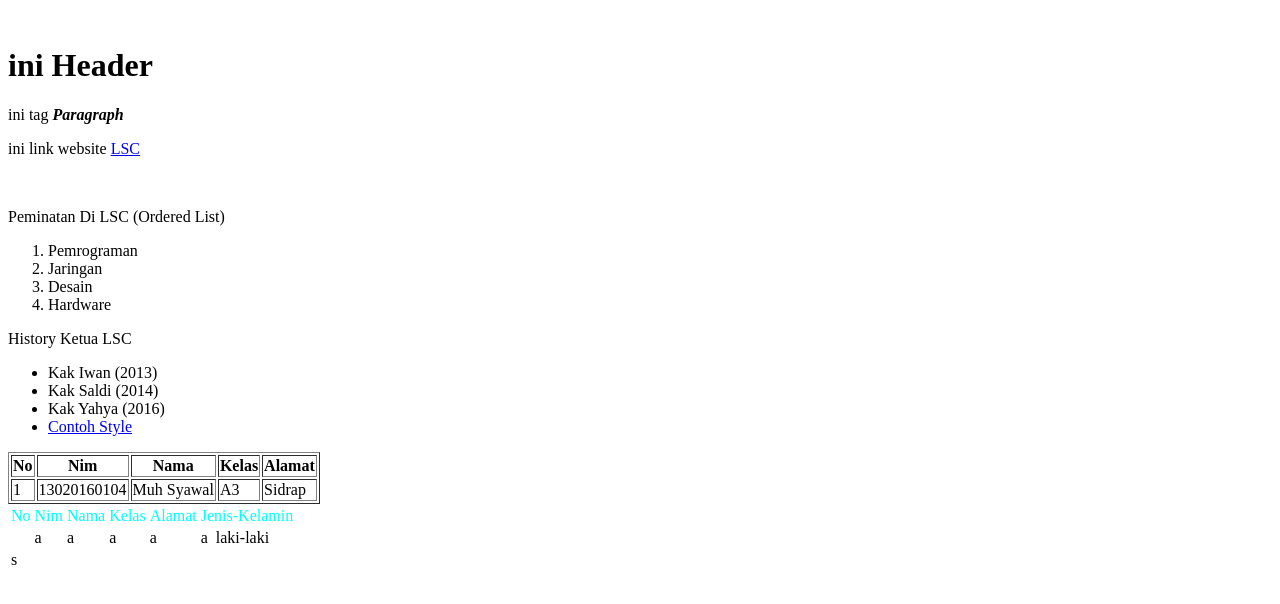
Repository: syawal2kalii/HelloWorld
Page: basichtml.htm
These files come from the project's save history. The page is drawn as it stood at one moment and after the next save; the edit follows.
The browser window is 1280 px wide. The pictures show the whole page.

Above is the page before, as saved 2019-11-17 01:51:36.

After the next save:
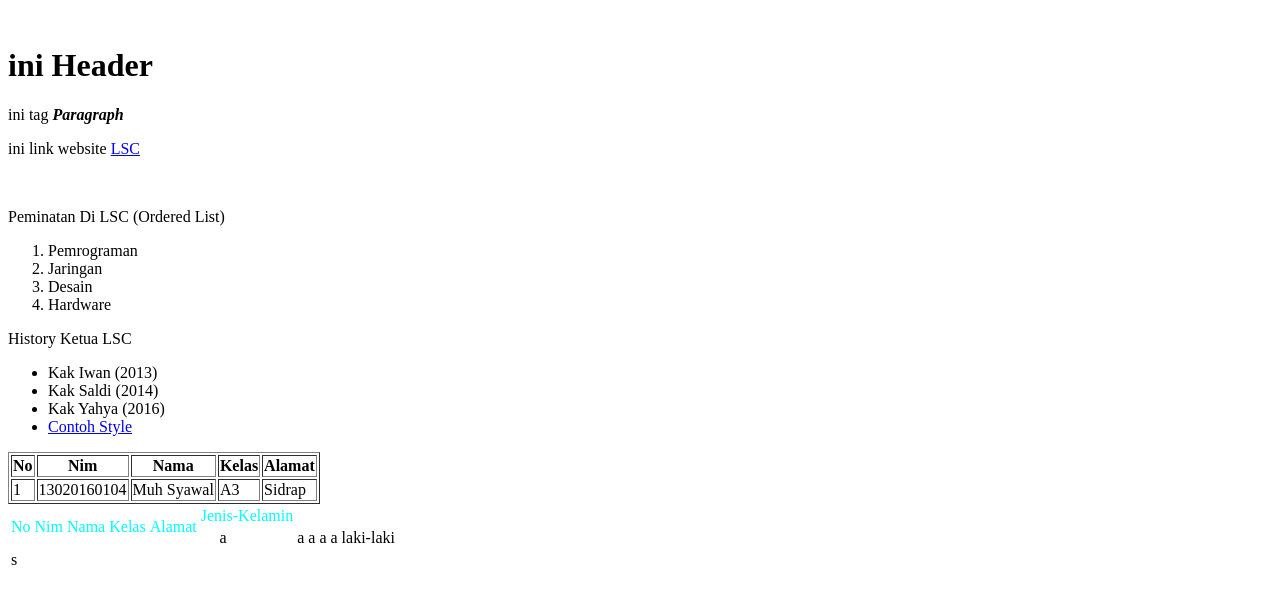
Saved 9 h 30 min later.
--- a/basichtml.htm
+++ b/basichtml.htm
@@ -75,14 +75,14 @@ Overview
 
     <table>
 
-        <thead style="color: aqua;">
+        <tr style="color: aqua;">
             <td rowspan="2">No</td>
             <td rowspan="2">Nim</td>
             <td rowspan="2">Nama</td>
             <td rowspan="2">Kelas</td>
             <td rowspan="2">Alamat</td>
             <td rowspan="1" colspan="2">Jenis-Kelamin</td>
-        </thead>
+        </tr>
         <th>
 
         </th>
